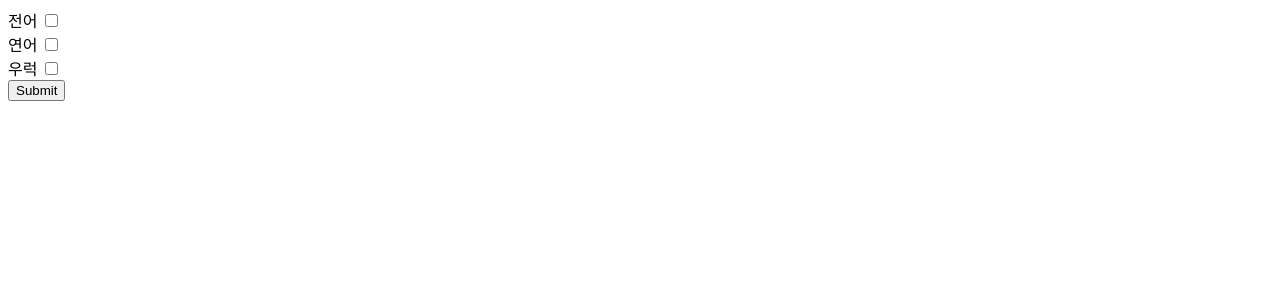
Repository: Dog-voice/king
Page: http://localhost/web_study/step4-form.jsp
The author's editor kept a copy of each file at every save. The page is drawn from the files as they stood at one save, then again after the next save.
The browser window is 1280 px wide. The pictures show the whole page.
The page is served by Tomcat 9.

Above is the page before, as saved 2022-08-16 06:53:03.

### 게시글등록(1)/web_study/src/main/webapp/step4-form.jsp
<%@ page language="java" contentType="text/html; charset=UTF-8"
    pageEncoding="UTF-8"%>
<!DOCTYPE html>
<html>
<head>
<meta charset="UTF-8">
<title>Insert title here</title>
</head>
<body>
    <!--
       form 이용하여 step4-action.jsp로 전송 method = "POST"
       주문자 : 이름
       전어 : checkbox
       연어 :
       우럭
       주문하기

       action
       주문자 : 이름
       1. 전어
       2. 연어
       3. 우럭
       을 주문하셨습니다.
     -->

     <form action="step4-action.jsp">
           전어 <input type="checkbox" name="aa" value="a" > <br>
           연어 <input type="checkbox" name="bb" value="b"> <br>
           우럭 <input type="checkbox" name="cc" value="c"> <br>
             <input type="submit" name="전송"><br>
          </form>

</body>
</html>

After the next save:
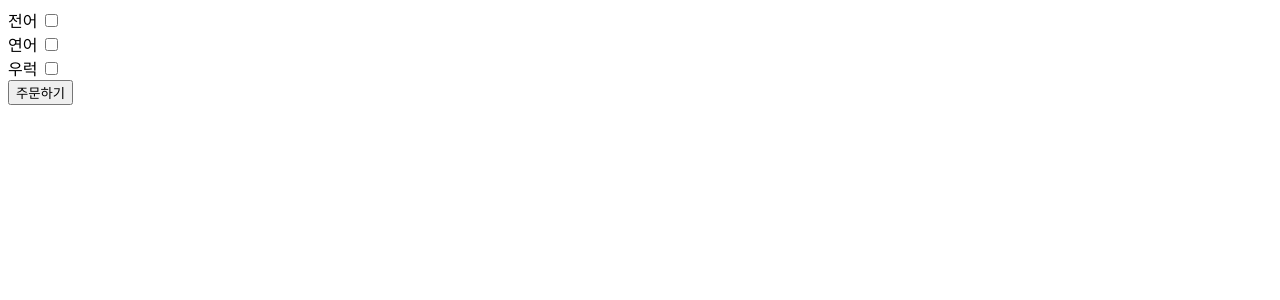
Saved 3 min 4 s later.
--- a/게시글등록(1)/web_study/src/main/webapp/step4-form.jsp
+++ b/게시글등록(1)/web_study/src/main/webapp/step4-form.jsp
@@ -27,7 +27,7 @@
            전어 <input type="checkbox" name="aa" value="a" > <br>
            연어 <input type="checkbox" name="bb" value="b"> <br>
            우럭 <input type="checkbox" name="cc" value="c"> <br>
-             <input type="submit" name="전송"><br>
+             <button type= "submit">주문하기</button>
           </form>
 
 </body>
